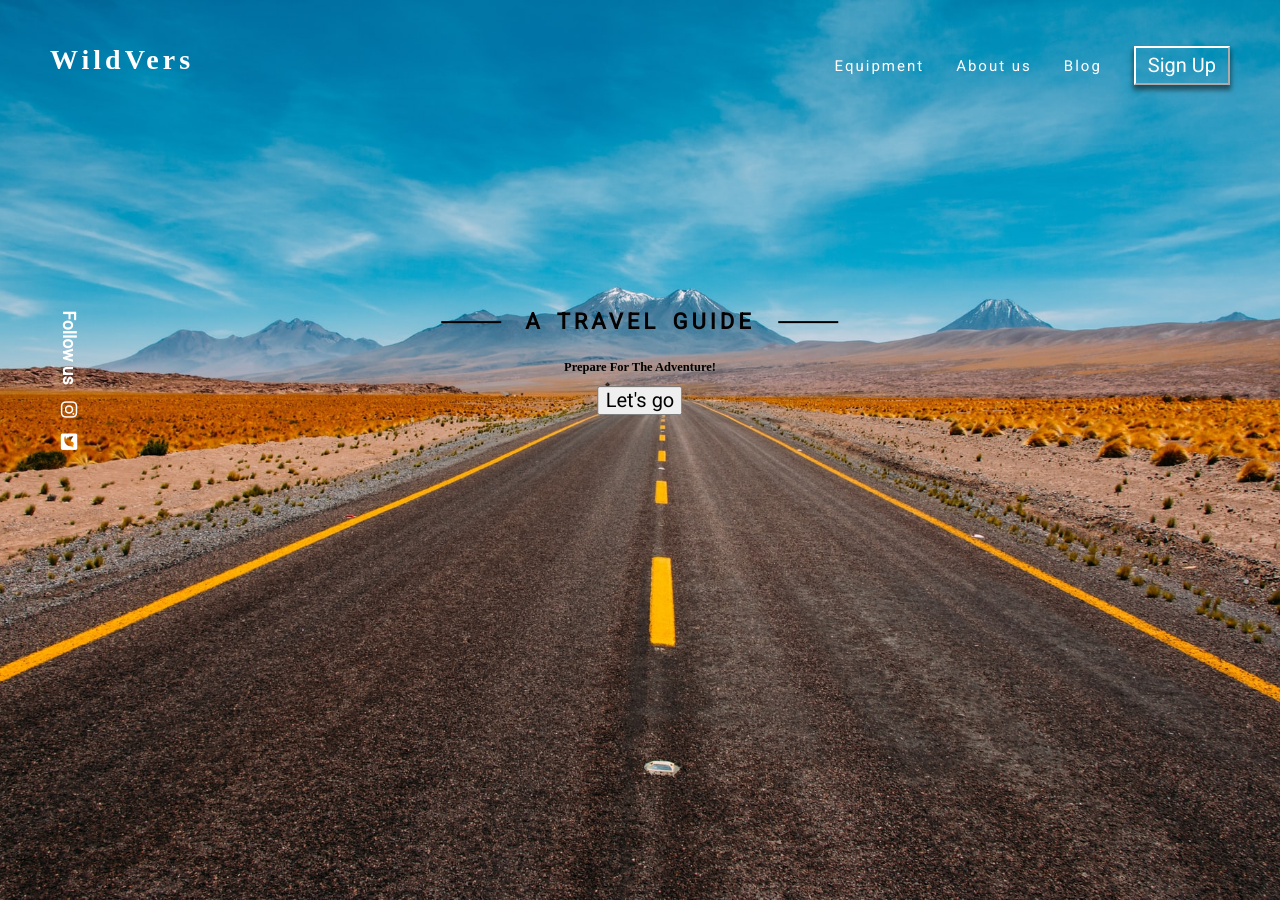
Repository: Hunga9k50doker/wildver-travel
Page: src/index.html
The author's editor kept a copy of each file at every save. The page is drawn from the files as they stood at one save, then again after the next save.
The browser window is 1280 px wide. The pictures show the whole page.
Some web fonts or font styles are not loaded; a fallback is used. The style sheet was rebuilt from its Sass, Less or Tailwind sources for each picture, by a compiler version that may differ from the author's.

Above is the page before, as saved 2021-08-26 00:24:04.

After the next save:
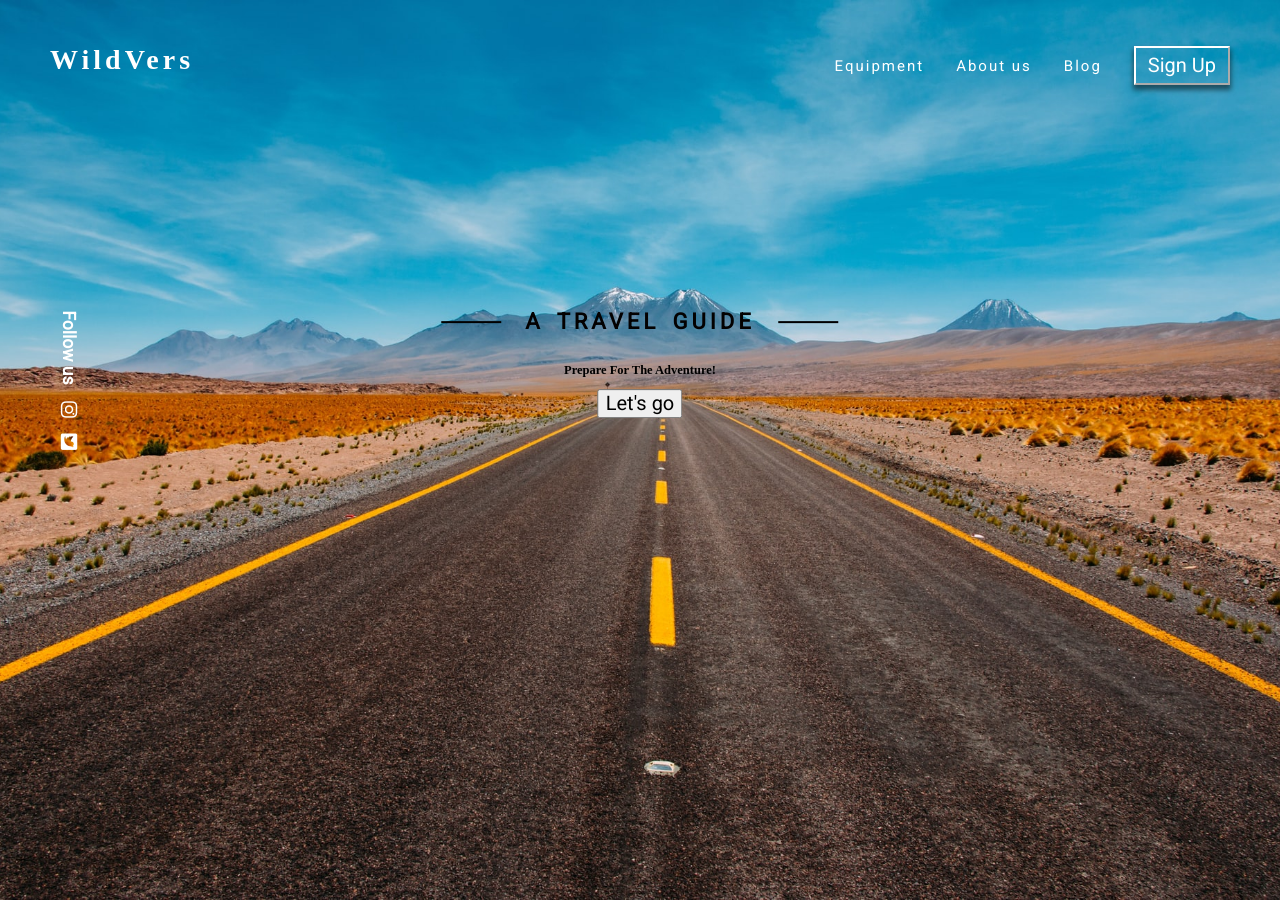
Saved 12 s later.
--- a/src/resources/scss/header.scss
+++ b/src/resources/scss/header.scss
@@ -114,7 +114,6 @@
                 word-spacing: 4px;
                 letter-spacing: 4px;
                 text-transform: uppercase;
-                line-height: 1rem;
                 &:after{
                     content: " ";
                     position: absolute;
